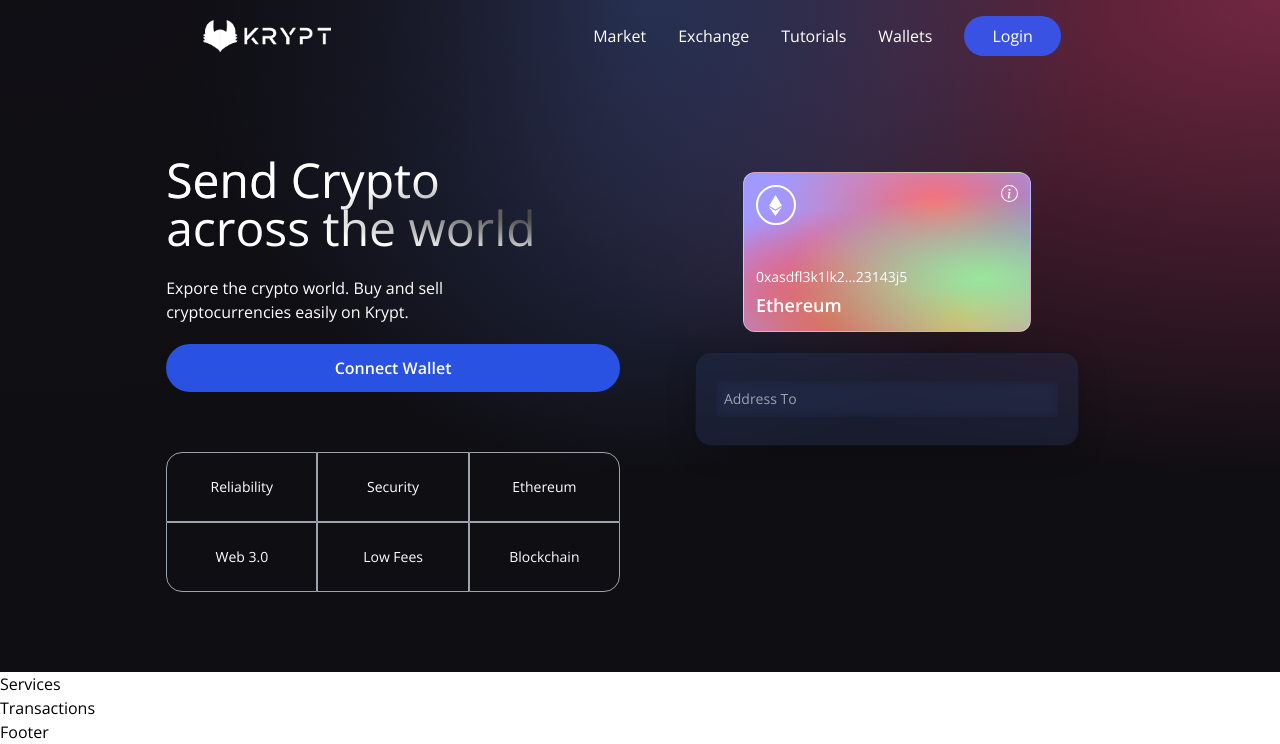
Repository: stephan-chiorean/krypt
Page: / (app in client/)
These files come from the project's save history. The page is drawn as it stood at one moment and after the next save; the edit follows.
The browser window is 1280 px wide. The pictures show the whole page.
The project was rebuilt for these pictures with package versions that can differ from the ones it lists, and the page was loaded fresh each time. Also part of the build but not shown: client/vite.config.js, client/src/components/Loader.jsx.

Above is the page before, as saved 2023-03-28 15:30:21.

After the next save:
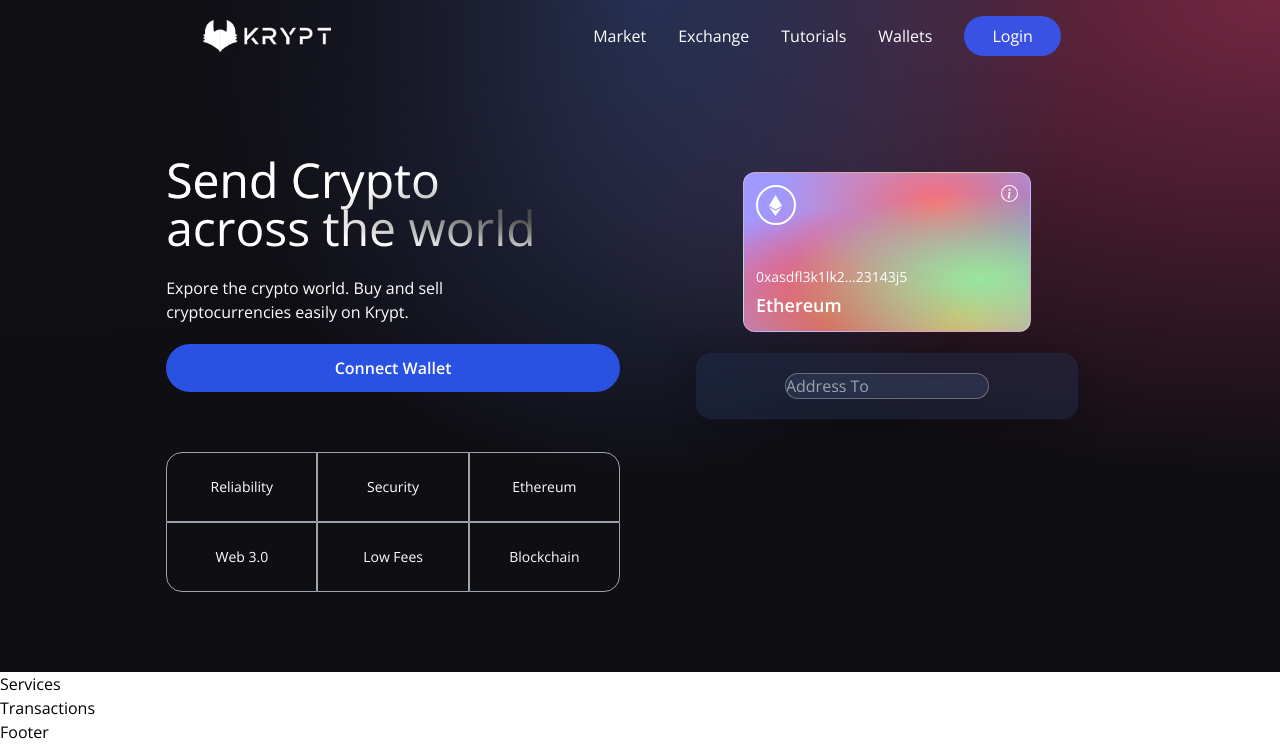
Saved 37 s later.
--- a/client/src/components/Welcome.jsx
+++ b/client/src/components/Welcome.jsx
@@ -12,7 +12,7 @@
     step='0.0001'
     value={value}
     onChange={(e) => handleChange(e, name)}
-    className="my-2 w-full rounded-sm p-2 outline-none bg-transparent text-shite border-none text-sm white-glassmorphism"
+    className="white-glassmorphism"
   />
 );
 export default () => {

After the save that followed:
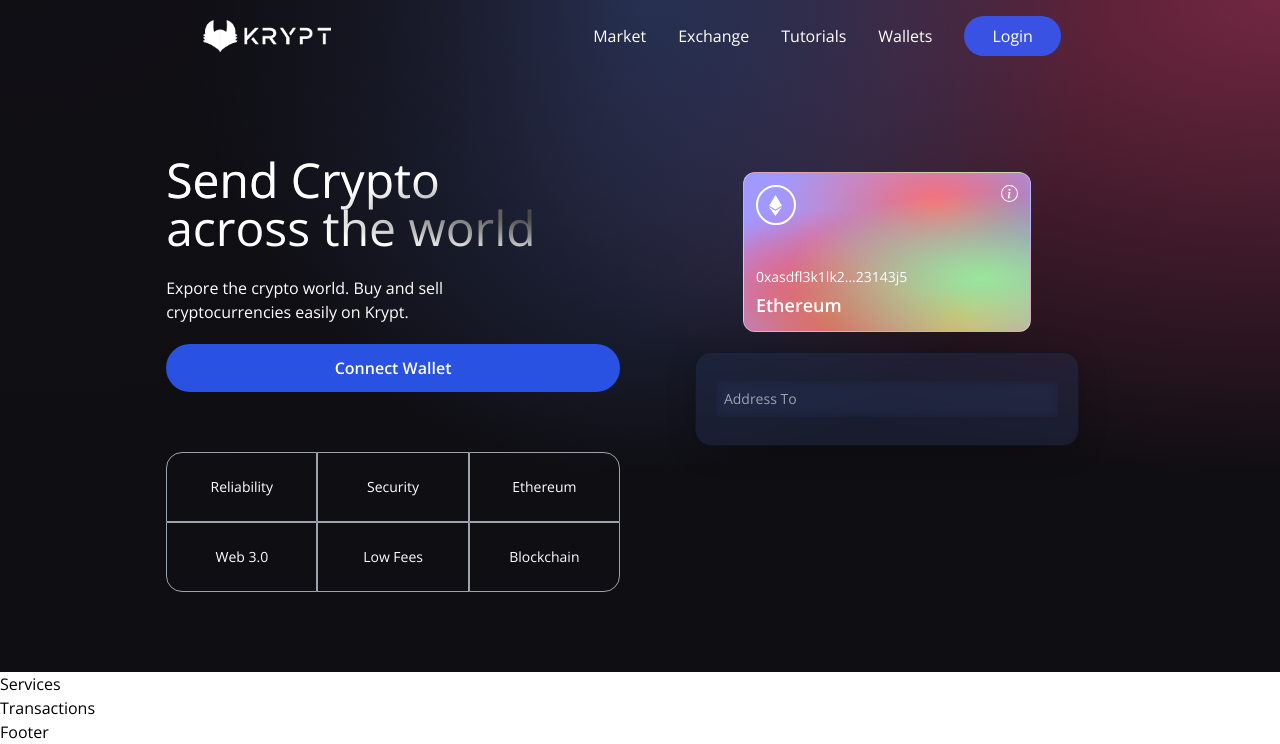
Saved 7 s later.
--- a/client/src/components/Welcome.jsx
+++ b/client/src/components/Welcome.jsx
@@ -12,7 +12,7 @@
     step='0.0001'
     value={value}
     onChange={(e) => handleChange(e, name)}
-    className="white-glassmorphism"
+    className="my-2 w-full rounded-sm p-2 outline-none bg-transparent text-shite border-none text-sm white-glassmorphism"
   />
 );
 export default () => {
